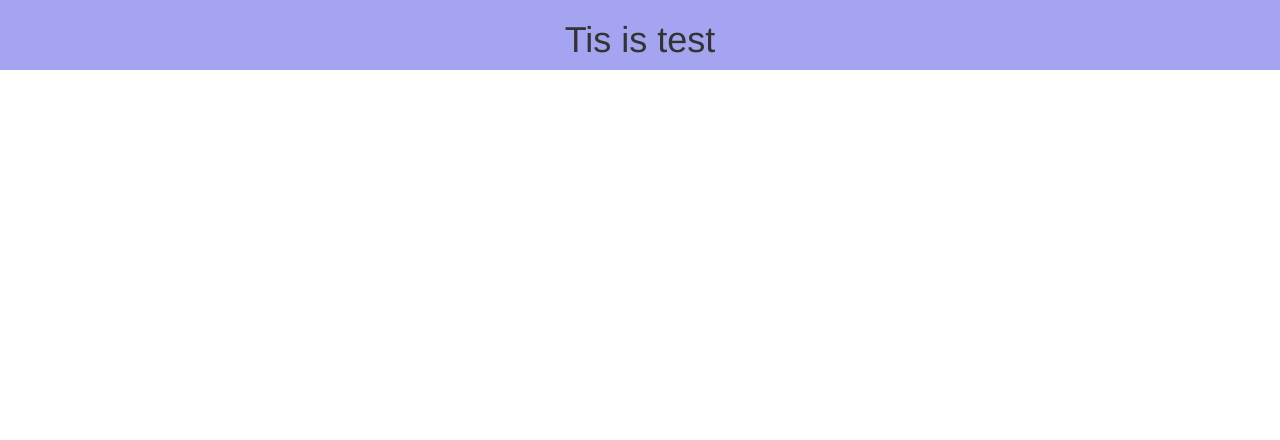
Repository: kepisal/ServletJAVA
Page: http://localhost/AjaxStaffandStudent/
The author's editor kept a copy of each file at every save. The page is drawn from the files as they stood at one save, then again after the next save.
The browser window is 1280 px wide. The pictures show the whole page.
Empty fields were first filled with sample values (such as "Sample", 5 or name@example.com).
After loading, the first visible `#btnadd\ btn\ btn-success` was clicked once.
The page is served by Tomcat 9. Other server files are loaded and not shown. Queries for data that is not in the repository find no rows.

Above is the page before, as saved 2015-07-10 13:15:41.

### AjaxStaffandStudent/WebContent/index.jsp
<%@ page language="java" contentType="text/html; charset=ISO-8859-1"
	pageEncoding="ISO-8859-1"%>
<!DOCTYPE html>
<html>
<head>
<meta http-equiv="Content-Type" content="text/html; charset=ISO-8859-1">
<title>Staff and Student Management</title>
<link rel="stylesheet" type="text/css"
	href="bootstrap/css/bootstrap.css">
<!-- <link rel="stylesheet" type="text/css" href="css/style.css"> -->

<!-- <script
	src="http://ajax.googleapis.com/ajax/libs/jquery/1.11.3/jquery.min.js"></script> -->
<script type="text/javascript" src="js/jquery-min.js"></script>
<script type="text/javascript" src="bootstrap/js/bootstrap.js"></script>
<script type="text/javascript" src="bootstrap/js/bootstrap.min.js"></script>
<style type="text/css">

.maincontent {
	background-color: #A4A4F0;
}

#title {
	padding: 10px;
	width: 100%;
}

option {
	height: 23px;
}

table, th, td {
	border: 1px solid black;
	border-collapse: collapse;
}

img {
	width: 20px;
}

th {
	text-align: center;
}

#classlist, #universitylist, #txtinput, #statuslist {
	display: inline-block;
	margin: 10px;
}

button {
	margin: 5px;
}
</style>
</head>
<body>
<div class="maincontent text-center col-sm-12">
		<div id="title">
			<h1>Staff and Student Management</h1>
			<h4>Ke Pisal, Class Battambong</h4>
		</div>
		<div id="classlist">
			<label>Search By Name : </label> <input type=text id=txtinput /> <select
				id=classselected onclick="searchClass()">

			</select>
		</div>
		<div id="universitylist">
			<select id=unvselected onclick="searchUniversity()">

			</select>
		</div>
		<div id="statuslist">
			<select id=statusselected onclick="searchStatus()">
				<option value=''>All Status</option>
				<option value=1>Active</option>
				<option value=0>Deactive</option>
			</select>
		</div>
		<button id="btnadd btn btn-success" onclick="add()">Insert More</button>
		<div>
			<table class="mytb col-sm-12">
				<thead>
					<tr>
						<th>ID</th>
						<th>NAME</th>
						<th>GENDER</th>
						<th>UNIVERSITY</th>
						<th>CLASS</th>
						<th>STATUS</th>
						<th>OPERATION</th>
					</tr>
				</thead>
				<tbody id="tblist">
				</tbody>
			</table>
		</div>
		<div class="col-sm-3"></div>
		<div class="col-sm-6" id="viewdetails">
			<form class="form-horizontal" role="form">
				<div class="form-group">
					<label class="control-label col-sm-2" for="email">Email:</label>
					<div class="col-sm-10">
						<input type="email" class="form-control" id="email"
							placeholder="Enter email">
					</div>
				</div>
				<div class="form-group">
					<label class="control-label col-sm-2" for="pwd">Password:</label>
					<div class="col-sm-10">
						<input type="password" class="form-control" id="pwd"
							placeholder="Enter password">
					</div>
				</div>
				<div class="form-group">
					<div class="col-sm-offset-2 col-sm-10">
						<div class="checkbox">
							<label><input type="checkbox"> Remember me</label>
						</div>
					</div>
				</div>
				<div class="form-group">
					<div class="col-sm-offset-2 col-sm-10">
						<button type="submit" class="btn btn-default">Submit</button>
					</div>
				</div>
			</form>
		</div>
		<div class="col-sm-3"></div>
	</div>
	<script type="text/javascript" src="js/script.js"></script>
</body>
</html>

### AjaxStaffandStudent/WebContent/js/script.js
$(document).ready(function() {
	lists(); // list all objects in table
	droplist(); // list all objects in dropdownlist(class, university)
	$("#txtinput").keyup(function() {
		searchName($("#txtinput").val()); // action keyup on textbox
	});
});
/*
 * @param : data is JSon generate <option> value </option> for dropdownlist
 * class
 */
function classlist(data) {
	var str = "";
	str += "<option value=''>All Classes</option>;";
	for (var i = 0; i < data.length; i++) {
		str += "<option value=" + data[i].classes + ">" + data[i].classes;
	}
	str += "</option>";
	return str;
}
/*
 * @param : data is JSon generate <option> value </option> for dropdownlist
 * university
 */
function unvlist(data) {
	var str = "";
	str += "<option value=''>All University</option>;";
	for (var i = 0; i < data.length; i++) {
		str += "<option value=" + data[i].unversity + ">" + data[i].unversity;
	}
	str += "</optiont>";
	return str;
}

/*
 * get data from url and put into function with param
 */
function droplist() {
	$.post("classlist.hrd", function(data) {
		$("#classselected").html(classlist(data));
	});
	$.post("universitylist.hrd", function(data) {
		$("#unvselected").html(unvlist(data));
	});
}
/*
 * generate rows inside table list
 */
function lists() {
	$.post("listobject.hrd", function(data) {
		$("#tblist").html(listobjectdetails(data));
	});

}
/*
 * create tag <tr><td> value </td></tr> follow data
 */
function listobjectdetails(data) {
	var str = "";
	for (var i = 0; i < data.length; i++) {

		str += "<tr>"
				+ "<td id=studid"
				+ i
				+ ">"
				+ data[i].stuid
				+ "</td>"
				+ "<td>"
				+ data[i].stuname
				+ "</td>"
				+ "<td>"
				+ checkGender(data[i].gender)
				+ "</td>"
				+ "<td>"
				+ data[i].unversity
				+ "</td>"
				+ "<td>"
				+ data[i].classes
				+ "</td>"
				+ "<td>"
				+ checkStatus(data[i].status, i)
				+ "</td>"
				+ "<td><button class=btnEdit onclick=editFun()>Edit</button><button class=btnRemove onclick=removeFun()>Remove</button><button  class=btnView onclick=viewFun()'>View</button></td>"
				+ "</tr>";
	}

	str += "</table>";

	return str;
}
/*
 * create form for edit and insertion
 */
function myform() {
	var str = "";
}

/*
 * change value 0,1 to male and female
 */
function checkGender(data) {
	var gender;
	if (data == 0) {
		gender = "Male";
	} else {
		gender = "Female";
	}
	return gender;
}
/*
 * change value 0,1 to image 0.png and 1.png
 */
function checkStatus(data, i) {
	var img;
	if (data == 0) {
		img = "<a href=#><img src=img/0.png id=mydata" + i
				+ " onclick=updateStatus(" + i + "," + data + ")></a>";
	} else {
		img = "<a href=#><img src=img/1.png id=mydata" + i
				+ " onclick=updateStatus(" + i + "," + data + ")></a>";
	}
	return img;
}
/*
 * @param : id, value id -> id of each students value -> value of status update
 * status
 */
function updateStatus(id, value) {
	var stuid = $("#studid" + id).text();
	var active;
	if (value == 0) {
		active = 1;
	} else {
		active = 0;
	}
	$.post("editobject.hrd", {
		stu_id : stuid,
		stu_status : active
	}, function(data) {
		lists();
	});
}
/*
 * search by name()
 */
function searchName() {
	var stuname = $('#txtinput').val();
	var stuclass = $('#classselected option:selected').val();
	var stuuniver = $('#unvselected option:selected').val();
	var stustatus = $('#statusselected option:selected').val();
	if (stuname == '') {
		lists();
	}
	$.post("searchobject.hrd", {
		stu_name : stuname,
		stu_class : stuclass,
		stu_university : stuuniver,
		stu_status : stustatus
	}, function(data) {
		$("#tblist").html(listobjectdetails(data));
	});
}
/*
 * search by class()
 */
function searchClass() {
	var stuname = $('#txtinput').val();
	var stuclass = $('#classselected option:selected').val();
	var stuuniver = $('#unvselected option:selected').val();
	var stustatus = $('#statusselected option:selected').val();
	$.post("searchobject.hrd", {
		stu_name : stuname,
		stu_class : stuclass,
		stu_university : stuuniver,
		stu_status : stustatus
	}, function(data) {
		$("#tblist").html(listobjectdetails(data));
	});
}
/*
 * search by university()
 */
function searchUniversity() {
	var stuname = $('#txtinput').val();
	var stuclass = $('#classselected option:selected').val();
	var stuuniver = $('#unvselected option:selected').val();
	var stustatus = $('#statusselected option:selected').val();
	$.post("searchobject.hrd", {
		stu_name : stuname,
		stu_class : stuclass,
		stu_university : stuuniver,
		stu_status : stustatus
	}, function(data) {
		$("#tblist").html(listobjectdetails(data));
	});
}
/*
 * search by status()
 */
function searchStatus() {
	var stuname = $('#txtinput').val();
	var stuclass = $('#classselected option:selected').val();
	var stuuniver = $('#unvselected option:selected').val();
	var stustatus = $('#statusselected option:selected').val();
	$.post("searchobject.hrd", {
		stu_name : stuname,
		stu_class : stuclass,
		stu_university : stuuniver,
		stu_status : stustatus
	}, function(data) {
		$("#tblist").html(listobjectdetails(data));
	});
}
/*
 * Add Function
 * */
function add(){
	alert("This is add");
	$(".maincontent").html("<h1>Tis is test</h1>");
}

### AjaxStaffandStudent/src/Controller/Front_Controller.java
package Controller;
import java.io.IOException;

import javax.servlet.RequestDispatcher;
import javax.servlet.ServletException;
import javax.servlet.annotation.WebServlet;
import javax.servlet.http.HttpServlet;
import javax.servlet.http.HttpServletRequest;
import javax.servlet.http.HttpServletResponse;

import Model.ObjectDAO;

@WebServlet("*.hrd")
public class Front_Controller extends HttpServlet {
	private static final long serialVersionUID = 1L;

	public Front_Controller() {
		super();
	}

	protected void doGet(HttpServletRequest request, HttpServletResponse response) throws ServletException, IOException {
		doProcess(request, response);
	}

	protected void doPost(HttpServletRequest request, HttpServletResponse response) throws ServletException, IOException {
		doProcess(request, response);
	}

	protected void doProcess(HttpServletRequest request, HttpServletResponse response) throws ServletException, IOException {
		String RequestURI = request.getRequestURI();

		System.out.println(RequestURI);
		String contextPath = request.getContextPath();
		System.out.println(contextPath);
		String command = RequestURI.substring(contextPath.length());
		ActionForward forward = null;
		Action action = null;

		System.out.println(command);

		switch(command){
			case "/listobject.hrd":
				action = new ListObject();
				try {
					forward = action.execute(request, response);
					System.out.println(forward);
				} catch (Exception e) {
					e.printStackTrace();
				}
				break;
			case "/classlist.hrd":
				action = new classList();
				try {
					forward = action.execute(request, response);
					System.out.println(forward);
				} catch (Exception e) {
					e.printStackTrace();
				}
				break;
			case "/universitylist.hrd":
				action = new universityList();
				try {
					forward = action.execute(request, response);
					System.out.println(forward);
				} catch (Exception e) {
					e.printStackTrace();
				}
				break;
			case "/editobject.hrd":
				action = new EditObject();
				try {
					forward = action.execute(request, response);
				} catch (Exception e) {
					e.printStackTrace();
				}
				break;
			case "/searchobject.hrd":
				action = new Search();
				try {
					forward = action.execute(request, response);
				} catch (Exception e) {
					e.printStackTrace();
				}
				break;
			default :
				forward = new ActionForward();
				forward.setPath("404.jsp");
				forward.setRedirect(false);
				break;


		}

		if (forward != null) {
			if (forward.isRedirect()) {
				response.sendRedirect(forward.getPath());
			} else {
				RequestDispatcher dispatcher = request
						.getRequestDispatcher(forward.getPath());
				dispatcher.forward(request, response);
			}

		}

	}
}

### AjaxStaffandStudent/src/Controller/ListObject.java
package Controller;

import java.util.ArrayList;

import javax.servlet.http.HttpServletRequest;
import javax.servlet.http.HttpServletResponse;

import com.google.gson.Gson;

import Controller.Action;
import Controller.ActionForward;
import Model.ObjectDAO;
import Model.ObjectDTO;

public class ListObject implements Action {

	@Override
	public ActionForward execute(HttpServletRequest request,
			HttpServletResponse response) throws Exception {

		ObjectDAO dao = new ObjectDAO();
		ArrayList<ObjectDTO> objectlist = dao.list();

		response.setContentType("application/json");
		response.setCharacterEncoding("UTF-8");
		String obj= new Gson().toJson(objectlist);

		response.getWriter().write(obj);


		return null;
	}

}

### AjaxStaffandStudent/src/Model/ObjectDAO.java
package Model;

import java.beans.Statement;
import java.sql.Connection;
import java.sql.DriverManager;
import java.sql.PreparedStatement;
import java.sql.ResultSet;
import java.sql.SQLException;
import java.util.ArrayList;
import java.sql.*;

import javax.naming.InitialContext;
import javax.sql.DataSource;

public class ObjectDAO {
	static Connection cn;

	/*
	 * list all of elements in database return Arraylist objects
	 */
	public ArrayList<ObjectDTO> list() throws SQLException,
			ClassNotFoundException {

		String sql = "select * from hrd_students";
		java.sql.Statement stm = cn.createStatement();
		ResultSet rs = stm.executeQuery(sql);
		ArrayList<ObjectDTO> objectdto = new ArrayList<ObjectDTO>();
		try {
			while (rs.next()) {
				objectdto.add(new ObjectDTO(rs.getString("stu_id"), rs
						.getString("stu_name"), rs.getInt("stu_gender"), rs
						.getString("stu_university"),
						rs.getString("stu_class"), rs.getInt("stu_status")));
			}

		} catch (Exception e) {
			e.printStackTrace();
		}
		return objectdto;
	}

	/*
	 * @param : id and status function update status 0 to 1 and 1 to 0 follow id
	 * return true/false for success or faild
	 */
	public boolean update(String id, int status) throws SQLException {
		try (PreparedStatement pstm = cn
				.prepareStatement("update hrd_students set stu_status=? where stu_id=?");) {

			pstm.setString(1, String.valueOf(status));
			pstm.setString(2, id);
			return pstm.execute();
		} catch (Exception e) {
			e.printStackTrace();
		}
		return false;
	}

	/*
	 * distinct the class value return Arraylist objects (0,1)
	 */
	public ArrayList<ObjectDTO> classList() throws SQLException {
		String sql = "SELECT distinct stu_class FROM hrd_students";
		java.sql.Statement stm = cn.createStatement();
		ResultSet rs = stm.executeQuery(sql);
		ArrayList<ObjectDTO> objectdto = new ArrayList<ObjectDTO>();
		try {
			while (rs.next()) {
				objectdto.add(new ObjectDTO("", "", 0, "", rs
						.getString("stu_class"), 0));
			}
		} catch (Exception e) {
			e.printStackTrace();
		}
		return objectdto;
	}

	/*
	 * distinct the university value return Arraylist objects (0,1)
	 */
	public ArrayList<ObjectDTO> universityList() throws SQLException {
		String sql = "select distinct stu_university from hrd_students";
		java.sql.Statement stm = cn.createStatement();
		ResultSet rs = stm.executeQuery(sql);
		ArrayList<ObjectDTO> objectdto = new ArrayList<ObjectDTO>();
		try {
			while (rs.next()) {
				objectdto.add(new ObjectDTO("", "", 0, rs
						.getString("stu_university"), "", 0));
			}
		} catch (Exception e) {
			e.printStackTrace();
		}
		return objectdto;
	}

	/*
	 * Search all of content by name, class, university and status return as
	 * ArrayList objects
	 */
	public ArrayList<ObjectDTO> search(String name, String classes,
			String university, String status) throws SQLException {
		PreparedStatement ps = cn
				.prepareStatement("select * from hrd_students where stu_university LIKE ? and stu_class LIKE ? and stu_status LIKE ? and stu_name like ?");
		ps.setString(1, university + "%");
		ps.setString(2, classes + "%");
		ps.setString(3, status + "%");
		ps.setString(4, "%" + name + "%");
		ResultSet rs = ps.executeQuery();
		ArrayList<ObjectDTO> alist = new ArrayList<ObjectDTO>();
		while (rs.next()) {
			alist.add(new ObjectDTO(rs.getString("stu_id"), rs
					.getString("stu_name"), rs.getInt("stu_gender"), rs
					.getString("stu_university"), rs.getString("stu_class"), rs
					.getInt("stu_status")));
		}
		return alist;
	}

	/********************** Here is Connection Database *********************************/
	static {
		try {
			Class.forName("com.mysql.jdbc.Driver");
			cn = DriverManager.getConnection(
					"jdbc:mysql://localhost:3306/ssdbmanage", "admin", "admin");
		} catch (Exception e) {
			// TODO Auto-generated catch block
			e.printStackTrace();
		}
	}
	/********************** Here is Connection Database *********************************/
}

### AjaxStaffandStudent/src/Controller/classList.java
package Controller;

import java.util.ArrayList;

import javax.servlet.http.HttpServletRequest;
import javax.servlet.http.HttpServletResponse;

import Model.ObjectDAO;
import Model.ObjectDTO;

import com.google.gson.Gson;

public class classList implements Action {

	public ActionForward execute(HttpServletRequest request,
			HttpServletResponse response) throws Exception {

		ObjectDAO dao = new ObjectDAO();
		ArrayList<ObjectDTO> objectlist = dao.classList();

		response.setContentType("application/json");
		response.setCharacterEncoding("UTF-8");
		String obj= new Gson().toJson(objectlist);

		response.getWriter().write(obj);
		return null;
	}

}

### AjaxStaffandStudent/src/Controller/universityList.java
package Controller;

import java.util.ArrayList;

import javax.servlet.http.HttpServletRequest;
import javax.servlet.http.HttpServletResponse;

import Model.ObjectDAO;
import Model.ObjectDTO;

import com.google.gson.Gson;

public class universityList implements Action {
	public ActionForward execute(HttpServletRequest request,
			HttpServletResponse response) throws Exception {

		ObjectDAO dao = new ObjectDAO();
		ArrayList<ObjectDTO> objectlist = dao.universityList();

		response.setContentType("application/json");
		response.setCharacterEncoding("UTF-8");
		String obj= new Gson().toJson(objectlist);

		response.getWriter().write(obj);
		return null;
	}
}

Loaded but not shown: AjaxStaffandStudent/WebContent/bootstrap/css/bootstrap.css (library); AjaxStaffandStudent/WebContent/js/jquery-min.js (library); AjaxStaffandStudent/WebContent/bootstrap/js/bootstrap.js (library); AjaxStaffandStudent/WebContent/bootstrap/js/bootstrap.min.js (library)

After the next save:
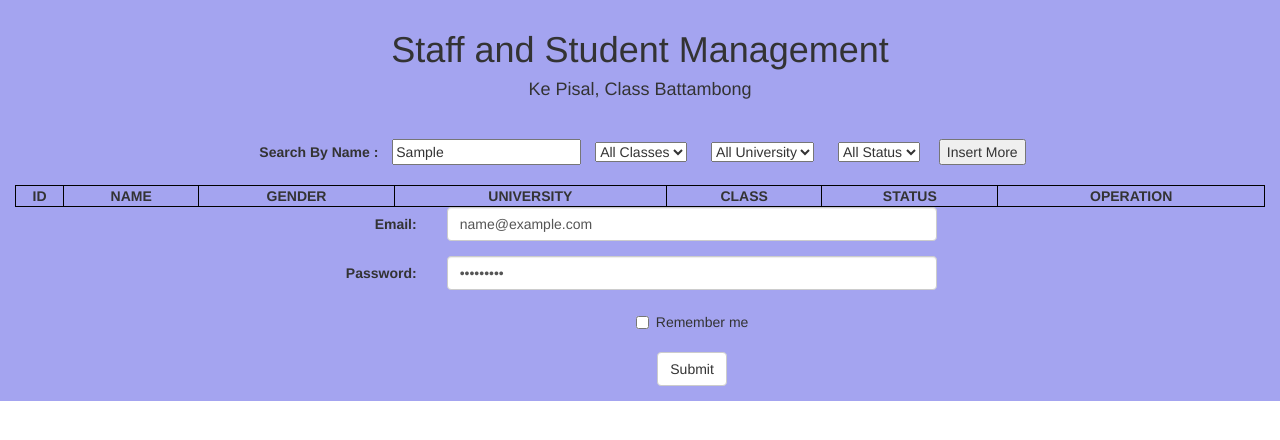
Console error: ReferenceError: article is not defined
Saved 2 min 24 s later.
--- a/AjaxStaffandStudent/WebContent/js/script.js
+++ b/AjaxStaffandStudent/WebContent/js/script.js
@@ -216,5 +216,5 @@ function searchStatus() {
  * */
 function add(){
 	alert("This is add");
-	$(".maincontent").html("<h1>Tis is test</h1>");
-}
+	$("#contentdetials").load("pages/"+article+".txt"); // load file from article
+}
